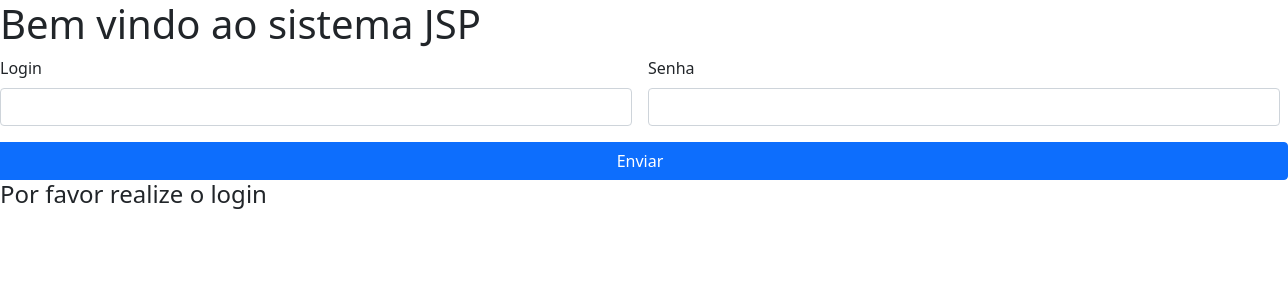
Repository: EduCarmo/PROJETO_JAVA-JSP_JDBC_SQL_JAVA
Page: http://localhost/curso-jsp/principal/navbar.jsp
The author's editor kept a copy of each file at every save. The page is drawn from the files as they stood at one save, then again after the next save.
The browser window is 1280 px wide. The page is 1288 px wide, then 1280 px, so the pictures cover 1288 px, including what lies to the right of the window. The pictures show the whole page.
The page is served by Tomcat 10. Other server files are loaded and not shown.

Above is the page before, as saved 2024-03-13 21:53:28.

### curso-jsp/src/main/webapp/index.jsp
<%@ page language="java" contentType="text/html; charset=UTF-8"
	pageEncoding="UTF-8"%>
<!DOCTYPE html>
<html lang="pt-BR">
<head>
<meta charset="UTF-8">
<meta name="viewport" content="width=device-width, initial-scale=1">

<link
	href="https://cdn.jsdelivr.net/npm/bootstrap@5.0.2/dist/css/bootstrap.min.css"
	rel="stylesheet"
	integrity="sha384-EVSTQN3/azprG1Anm3QDgpJLIm9Nao0Yz1ztcQTwFspd3yD65VohhpuuCOmLASjC"
	crossorigin="anonymous">

<title>Curso JSP</title>
</head>
<body>

	<h1>Bem vindo ao sistema JSP</h1>

	<form action="ServletLogin" method="post" class="row g-3">

		<input type="hidden" value="<%=request.getParameter("url")%>"
			name="url">

		<div class="col-md-6">
			<label class="form-label">Login</label>
			<input name="login" type="text" class="form-control">
		</div>

		<div class="col-md-6">
			<label class="form-label">Senha</label>
			<input name="senha" type="password" class="form-control">
		</div>

		<input type="submit" value="Enviar" class="btn btn-primary">
	</form>

	<h4>${msg}</h4>

	<script
		src="https://cdn.jsdelivr.net/npm/bootstrap@5.0.2/dist/js/bootstrap.bundle.min.js"
		integrity="sha384-MrcW6ZMFYlzcLA8Nl+NtUVF0sA7MsXsP1UyJoMp4YLEuNSfAP+JcXn/tWtIaxVXM"
		crossorigin="anonymous"></script>

</body>
</html>

After the next save:
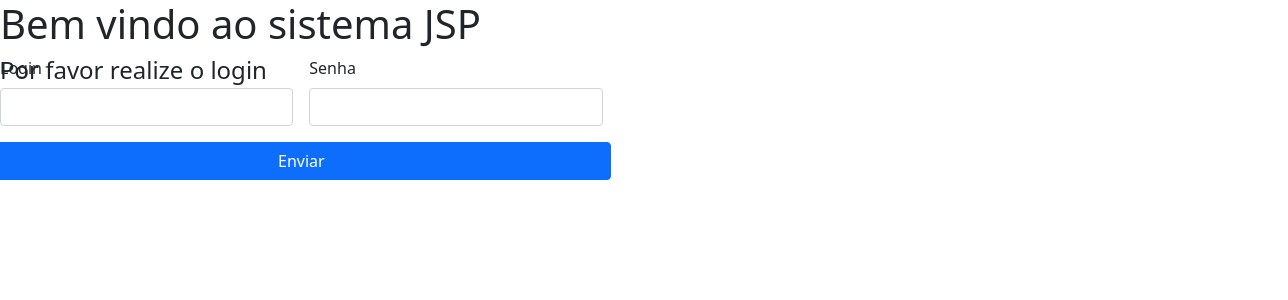
Saved 3 min 47 s later.
--- a/curso-jsp/src/main/webapp/index.jsp
+++ b/curso-jsp/src/main/webapp/index.jsp
@@ -13,6 +13,15 @@
 	crossorigin="anonymous">
 
 <title>Curso JSP</title>
+
+<style type="text/css">
+
+form{
+	position: absolute;
+}
+
+</style>
+
 </head>
 <body>
 
